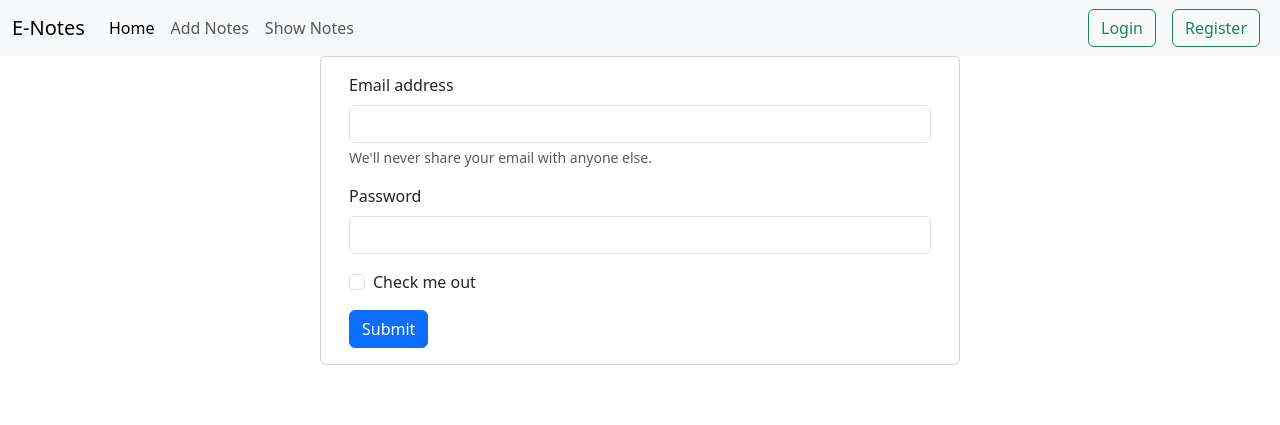
Repository: SandeepSharma2002/JavaProjects
Page: http://localhost/ENotes/LoginPage.jsp
The author's editor kept a copy of each file at every save. The page is drawn from the files as they stood at one save, then again after the next save.
The browser window is 1280 px wide. The pictures show the whole page.
The page is served by Tomcat 9.

Above is the page before, as saved 2023-10-23 20:00:44.

After the next save:
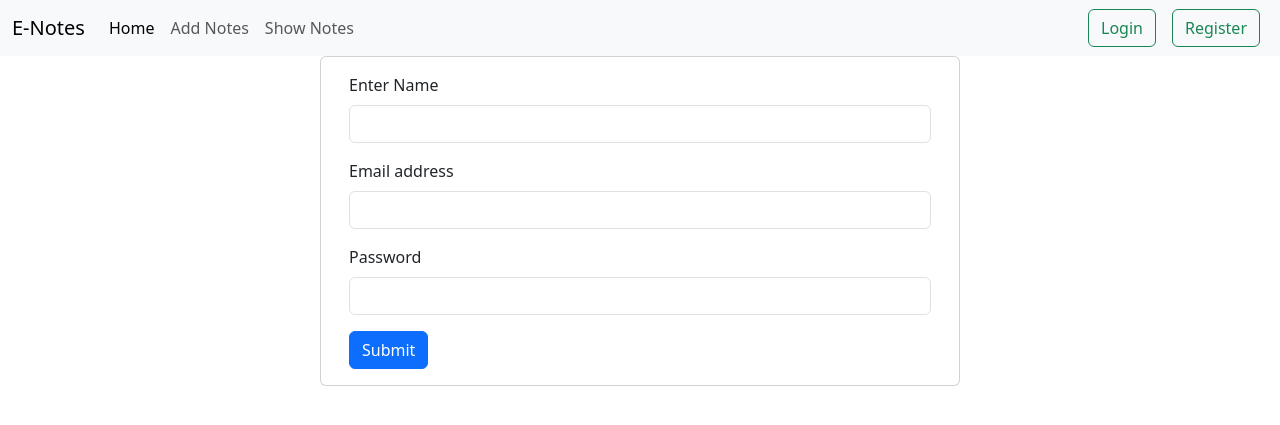
Saved 4 min 41 s later.
--- a/ENotes/src/main/webapp/LoginPage.jsp
+++ b/ENotes/src/main/webapp/LoginPage.jsp
@@ -13,23 +13,22 @@
 		<div class="card-body">
 			<form>
 				<div class="mb-3">
+					<label for="exampleInputEmail1" class="form-label">Enter
+						Name</label> <input type="text" class="form-control"
+						id="exampleInputEmail1" aria-describedby="emailHelp">
+				</div>
+				<div class="mb-3">
 					<label for="exampleInputEmail1" class="form-label">Email
 						address</label> <input type="email" class="form-control"
 						id="exampleInputEmail1" aria-describedby="emailHelp">
-					<div id="emailHelp" class="form-text">We'll never share your
-						email with anyone else.</div>
+
 				</div>
-				<div class="mb-3">
-					<label for="exampleInputPassword1" class="form-label">Password</label>
-					<input type="password" class="form-control"
-						id="exampleInputPassword1">
-				</div>
-				<div class="mb-3 form-check">
-					<input type="checkbox" class="form-check-input" id="exampleCheck1">
-					<label class="form-check-label" for="exampleCheck1">Check
-						me out</label>
-				</div>
-				<button type="submit" class="btn btn-primary">Submit</button>
+					<div class="mb-3">
+						<label for="exampleInputPassword1" class="form-label">Password</label>
+						<input type="password" class="form-control"
+							id="exampleInputPassword1">
+					</div>
+					<button type="submit" class="btn btn-primary">Submit</button>
 			</form>
 		</div>
 	</div>
